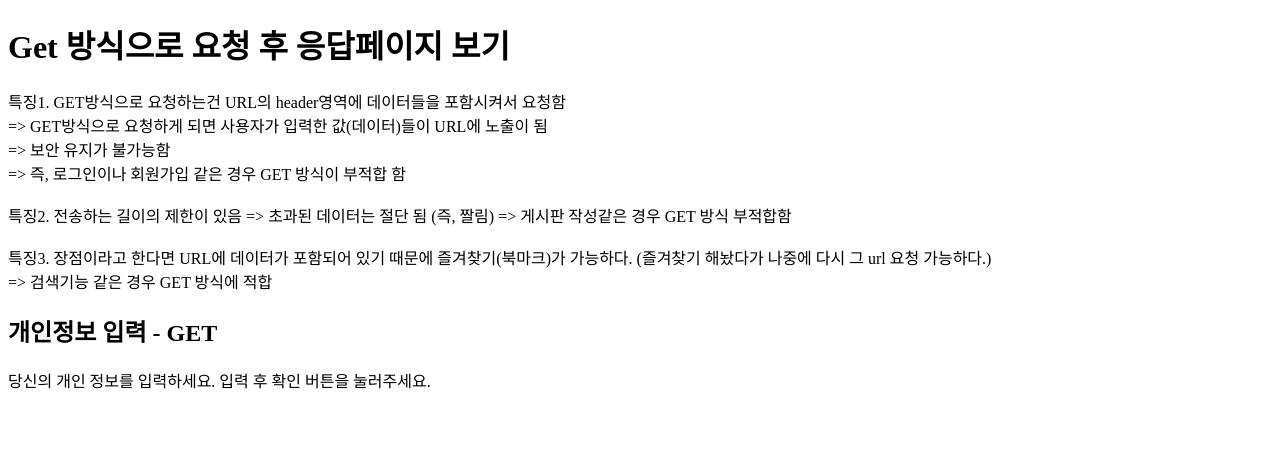
Repository: pje00427/webserver_workspace1
Page: 1_Servlet/WebContent/views/requestTest_GET.html
These files come from the project's save history. The page is drawn as it stood at one moment and after the next save; the edit follows.
The browser window is 1280 px wide. The pictures show the whole page.

Above is the page before, as saved 2020-08-27 05:09:33.

After the next save:
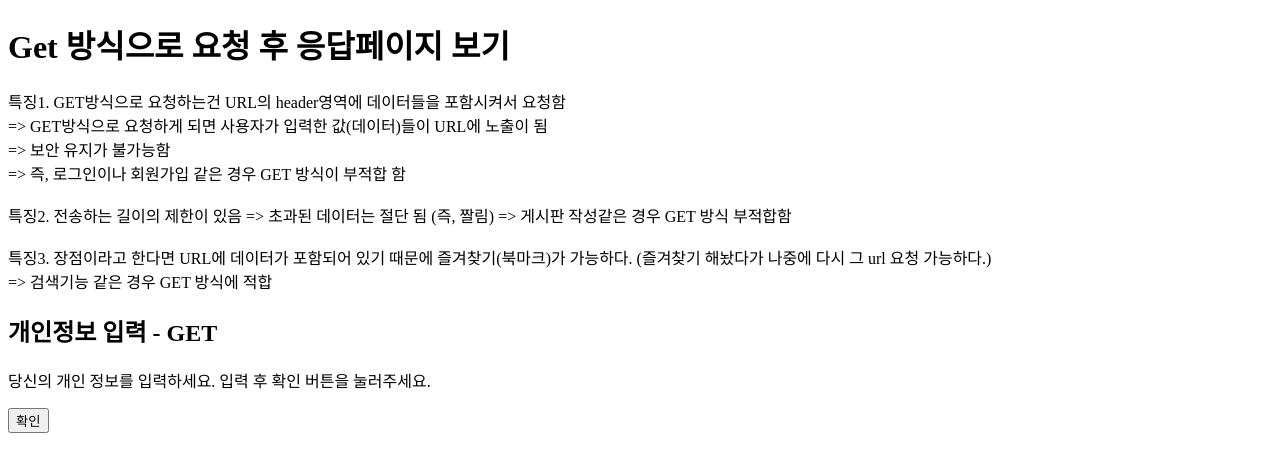
Saved 2 min 19 s later.
--- a/1_Servlet/WebContent/views/requestTest_GET.html
+++ b/1_Servlet/WebContent/views/requestTest_GET.html
@@ -23,8 +23,11 @@
 
 	<p>당신의 개인 정보를 입력하세요. 입력 후 확인 버튼을 눌러주세요.</p>
 
-	<form>
+	<form action="요청할 서버매핑값" method="GET">
 
+
+
+		<input type="submit" value="확인">
 	</form>
 
 </body>
